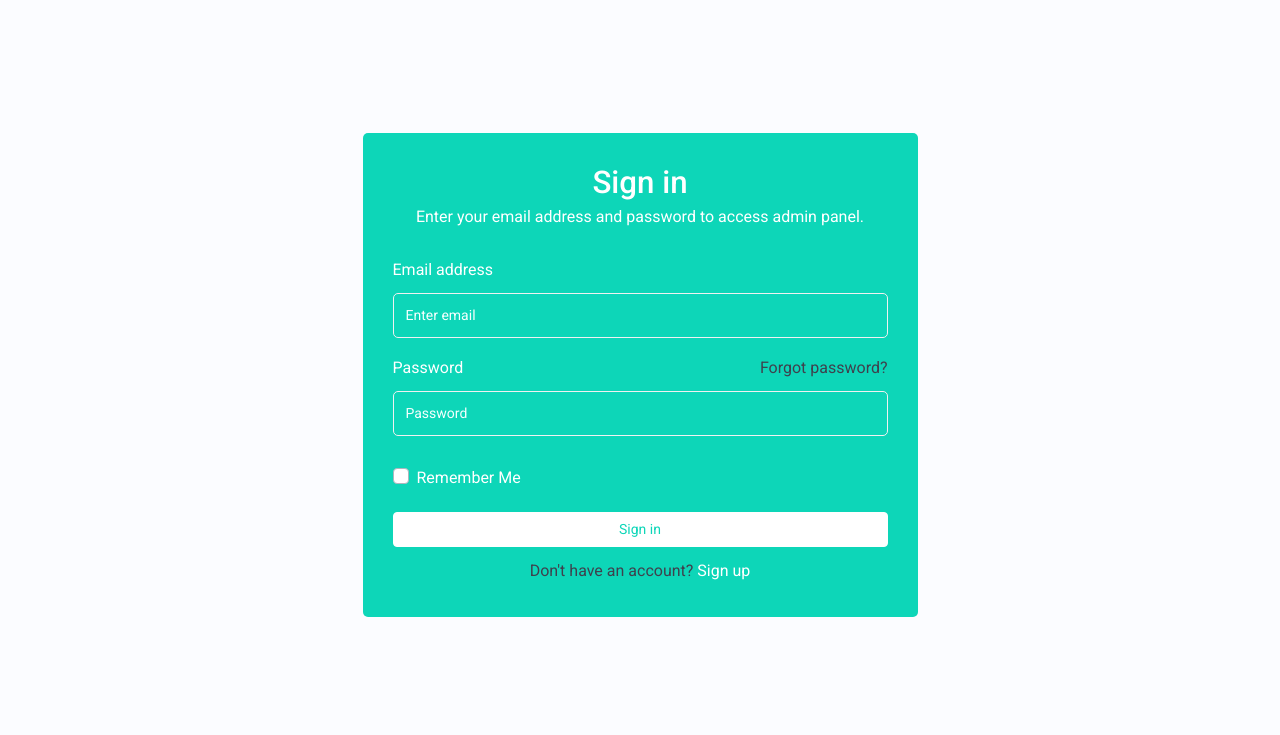
Repository: NguyenMinhToan003/cong_nghe_phan_men
Page: http://localhost/Web/view/dangnhap/dangnhap.jsp
An editor plug-in stored every save of this project. The page is shown before and after the next save, followed by the edit.
The browser window is 1280 px wide. The pictures show the whole page.
The page is served by Tomcat 9.

Above is the page before, as saved 2024-05-30 09:28:49.

After the next save:
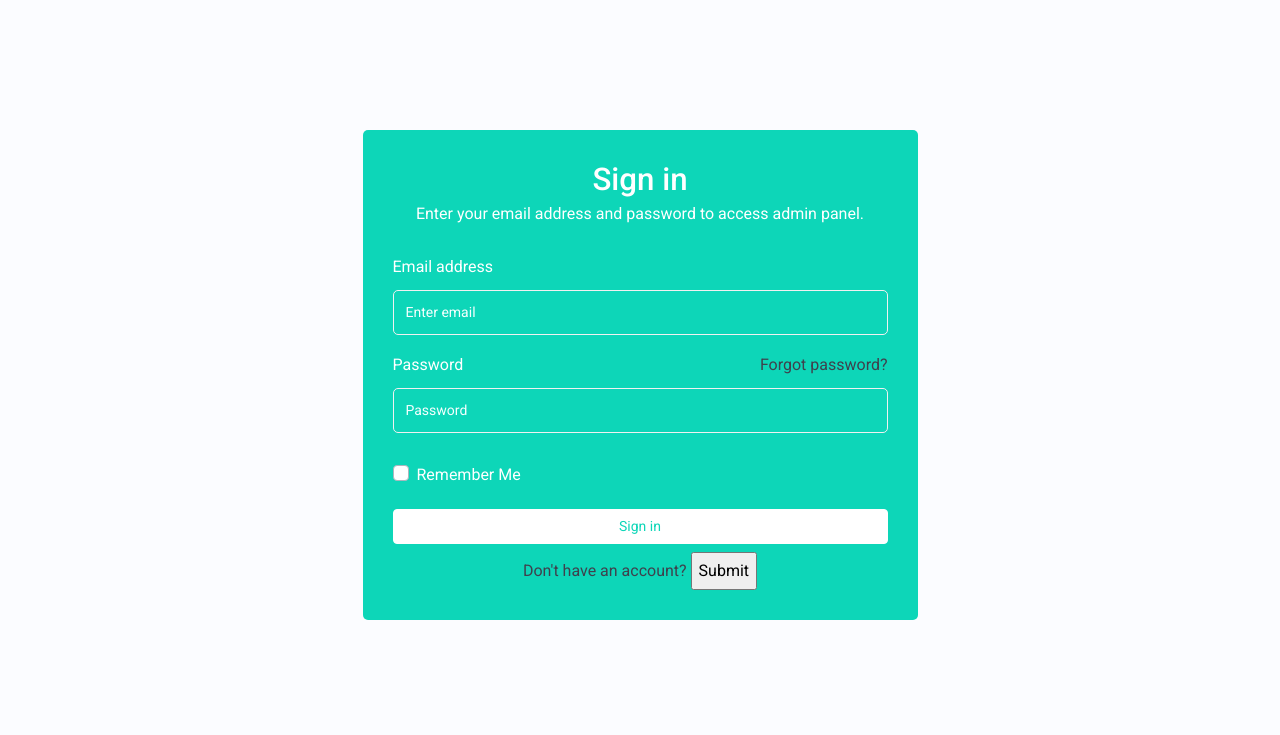
Saved 73 s later.
--- a/Web/WebContent/view/dangnhap/dangnhap.jsp
+++ b/Web/WebContent/view/dangnhap/dangnhap.jsp
@@ -79,9 +79,7 @@
 											<span
 												class="text-dark dark-color d-inline-block line-height-2"
 												>Don't have an account?
-												<a href="sign-up.html" class="text-white"
-													>Sign up</a
-												></span
+												<input type="submit" value="Submit"></span
 											>
 										</div>
 									</form>
